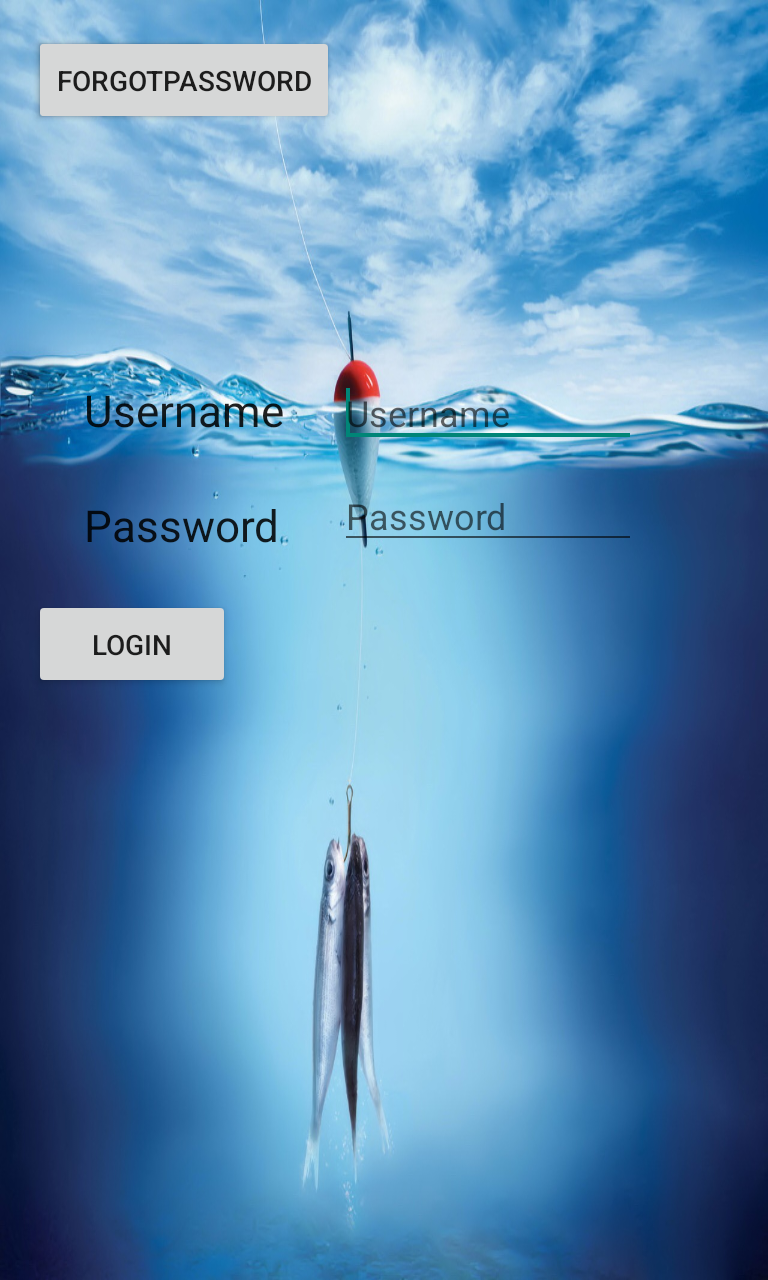
Repository: zerox2012/Fall2014Android
Layout: FishingBuddy/res/layout/activity_login.xml
The author's editor kept a copy of each file at every save. The layout is drawn from the files as they stood at one save, then again after the next save.
It is drawn on a 768 x 1280 px phone screen (xhdpi) without system bars, with theme AppTheme; the app's code is not run.

Above is the layout before, as saved 2014-10-20 18:06:08.

After the next save:
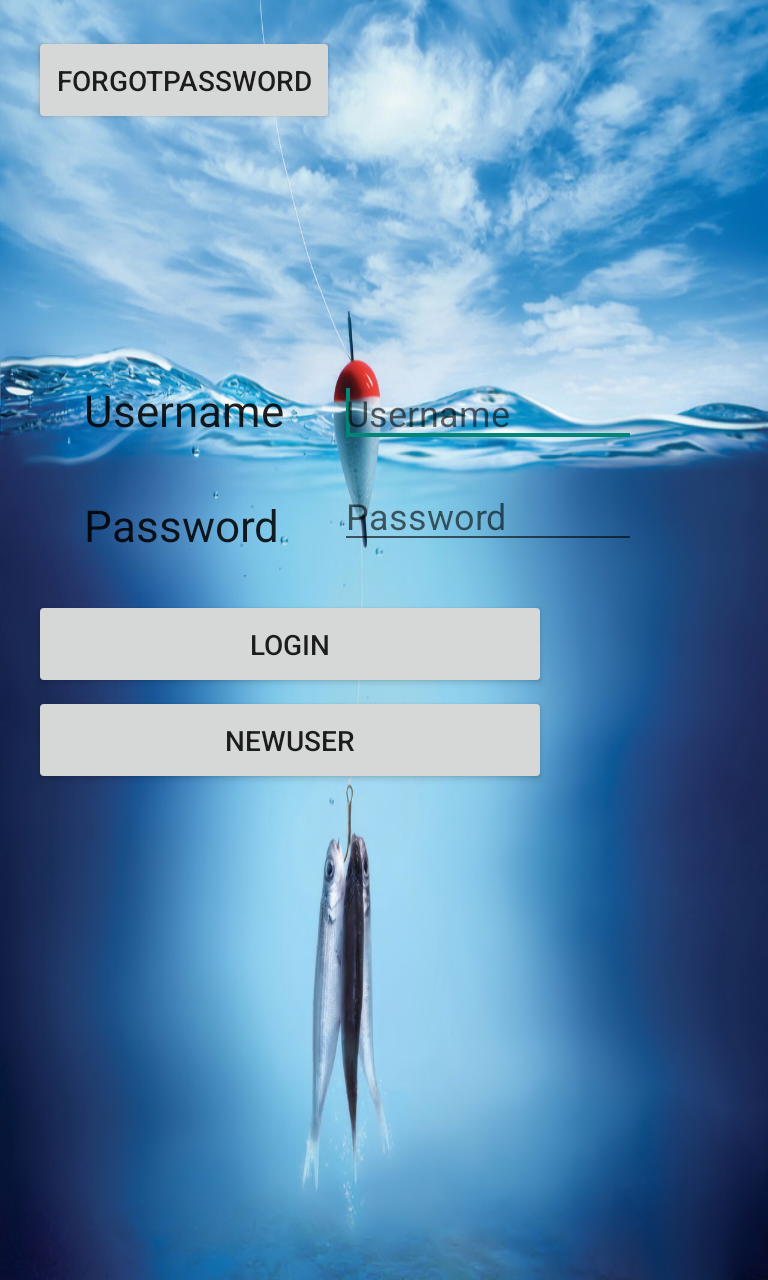
Saved 56 s later.
--- a/FishingBuddy/res/layout/activity_login.xml
+++ b/FishingBuddy/res/layout/activity_login.xml
@@ -58,8 +58,8 @@
         android:id="@+id/button_login"
         android:layout_width="100dp"
         android:layout_height="wrap_content"
-        android:layout_alignLeft="@+id/button3"
-        android:layout_alignRight="@+id/EditText01"
+        android:layout_alignLeft="@+id/button_forgot_password"
+        android:layout_alignRight="@+id/input_username"
         android:layout_below="@+id/textView2"
         android:layout_marginRight="45dp"
         android:layout_marginTop="21dp"
@@ -69,9 +69,9 @@
         android:id="@+id/button_new_user"
         android:layout_width="wrap_content"
         android:layout_height="wrap_content"
-        android:layout_alignLeft="@+id/button1"
-        android:layout_alignRight="@+id/EditText01"
-        android:layout_below="@+id/button1"
+        android:layout_alignLeft="@+id/button_login"
+        android:layout_alignRight="@+id/input_username"
+        android:layout_below="@+id/button_login"
         android:layout_marginRight="45dp"
         android:text="@string/title_activity_new_user" />
 
